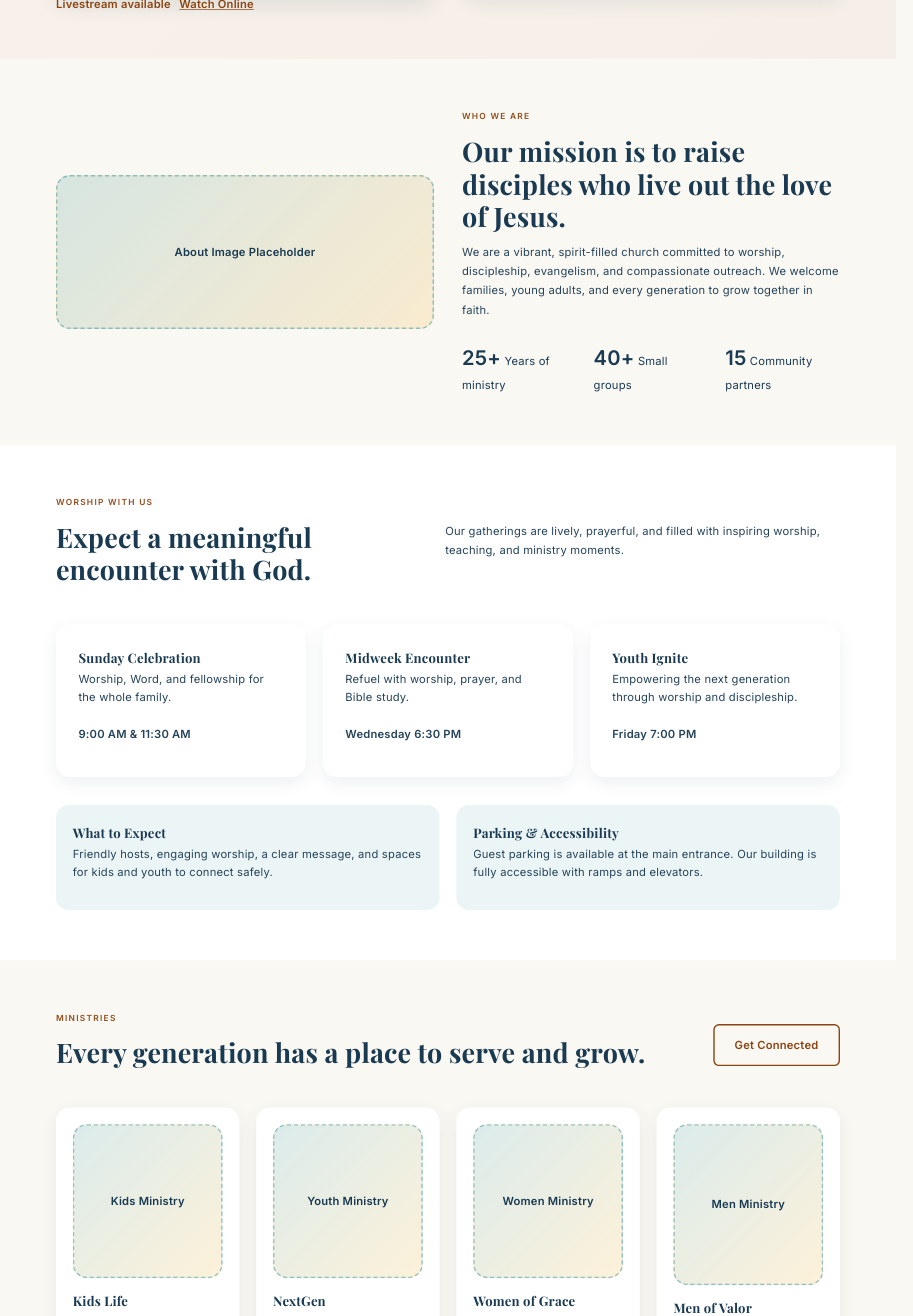
Repository: bilaal441/church
Page: index.htm
An editor plug-in stored every save of this project. The page is shown before and after the next save, followed by the edit.
The browser window is 1280 px wide. The page is 1304 px wide, so the pictures cover 1304 px, including what lies to the right of the window. The pictures show the part of the page from y = 810 to 2690 px (the page is 5642 px tall before and 5647 px after), at 70% of full size.

Above is the page before, as saved 2026-01-19 22:10:07.

After the next save:
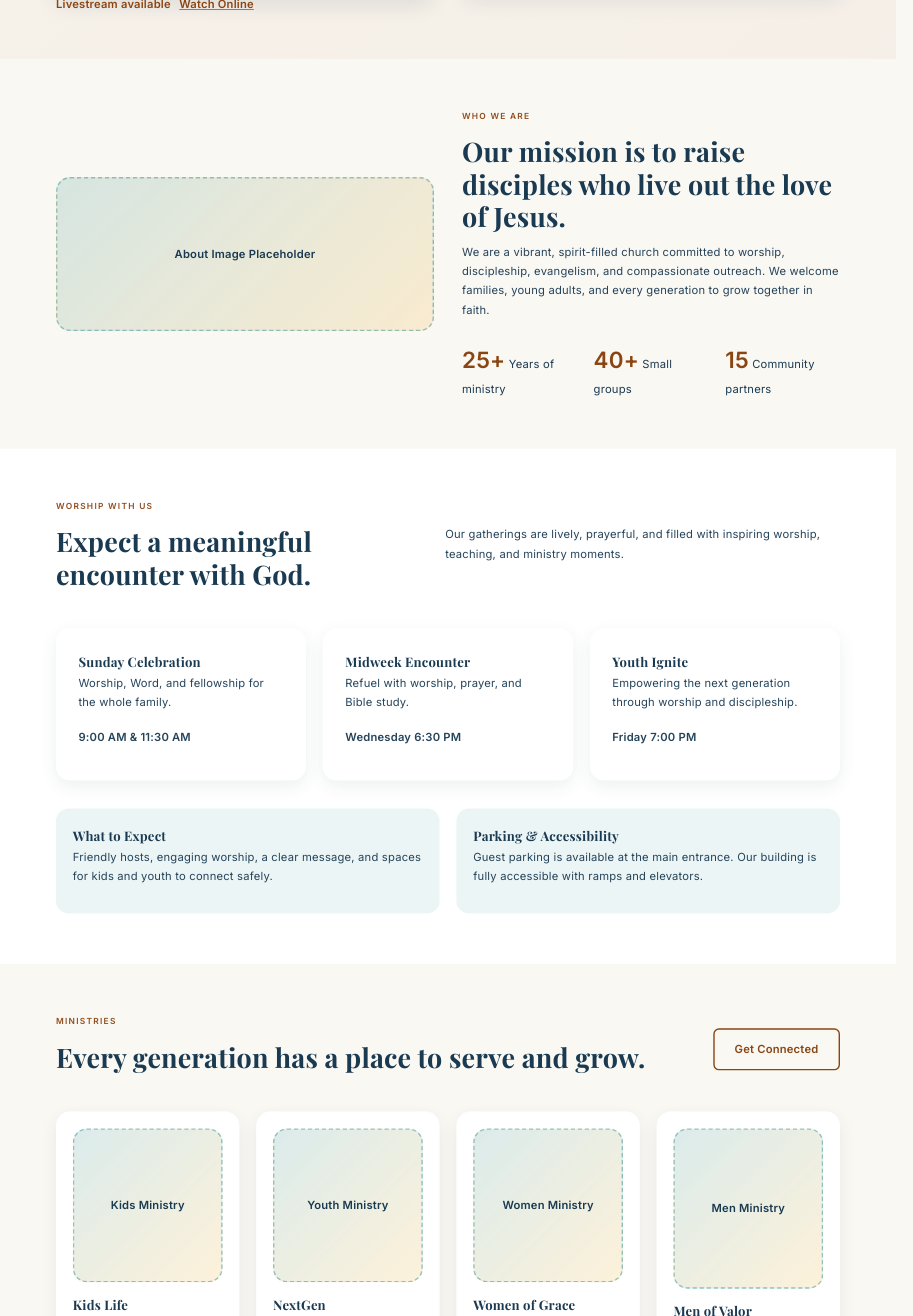
Saved 4 s later.
--- a/style.css
+++ b/style.css
@@ -303,8 +303,8 @@
 }
 
 .stats strong {
-  font-size: 1.8rem;
-  color: var(--teal);
+  font-size: 2rem;
+  color: var(--burgundy);
 }
 
 .cards {
